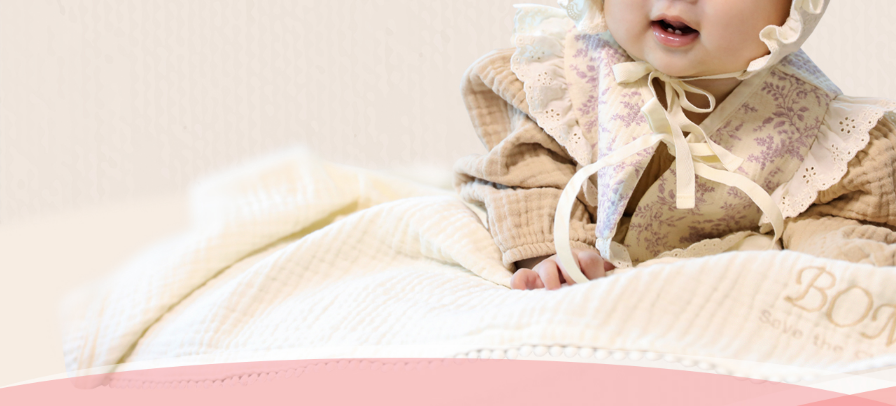
Repository: dlgywls1130/save_the_children
Page: index.html
These files come from the project's save history. The page is drawn as it stood at one moment and after the next save; the edit follows.
The browser window is 1280 px wide. The pictures show the part of the page from y = 1840 to 3760 px (the page is 2420 px tall before and 3760 px after), at 70% of full size.

Above is the page before, as saved 2023-12-12 19:02:41.

### index.html
<!DOCTYPE html>
<html lang="en">
<head>
    <meta charset="UTF-8">
    <meta name="viewport" content="width=device-width, initial-scale=1.0">
    <title>세이브더칠드런</title>

    <link rel="stylesheet" href="./css/reset.css">
    <link rel="stylesheet" href="./css/style.css">
</head>
<body>
    <div class="content_body">
        <section class="section_wrapper section01">
            <div class="se01">

            </div>
        </section>
        <section class="section_wrapper section02">

        </section>
        <section class="section_wrapper section03">

        </section>
        <section class="section_wrapper section04">

        </section>
        <section class="section_wrapper section05">

        </section>
        <section class="section_wrapper section06">

        </section>
        <section class="section_wrapper section07">

        </section>
        <section class="section_wrapper section08">

        </section>
    </div>
</body>
</html>

### css/reset.css


html, body, div, span, applet, object, iframe,
h1, h2, h3, h4, h5, h6, p, blockquote, pre,
a, abbr, acronym, address, big, cite, code,
del, dfn, em, img, ins, kbd, q, s, samp,
small, strike, strong, sub, sup, tt, var,
b, u, i, center,
dl, dt, dd, ol, ul, li,
fieldset, form, label, legend,
table, caption, tbody, tfoot, thead, tr, th, td,
article, aside, canvas, details, embed,
figure, figcaption, footer, header, hgroup,
menu, nav, output, ruby, section, summary,
time, mark, audio, video {
	margin: 0;
	padding: 0;
	border: 0;
	font-size: 100%;
	font: inherit;
	vertical-align: baseline;
}

article, aside, details, figcaption, figure,
footer, header, hgroup, menu, nav, section {
	display: block;
}
body {
	line-height: 1;
}
ol, ul {
	list-style: none;
}
blockquote, q {
	quotes: none;
}
blockquote:before, blockquote:after,
q:before, q:after {
	content: '';
	content: none;
}
table {
	border-collapse: collapse;
	border-spacing: 0;
}

### css/style.css


.section_wrapper{
    max-width:1920px;
    width: 100%;

}


/* section01 */


.section01{
    height: 1080px;
    background: url('../img/back01.jpg') no-repeat;
}

/* section02 */

.section02{
    height: 1340px;
    background: url('../img/back03.jpg') no-repeat;
}

/* section03 */

/* section04 */

/* section05 */

/* section06 */

/* section07 */

/* section08 */

After the next save:
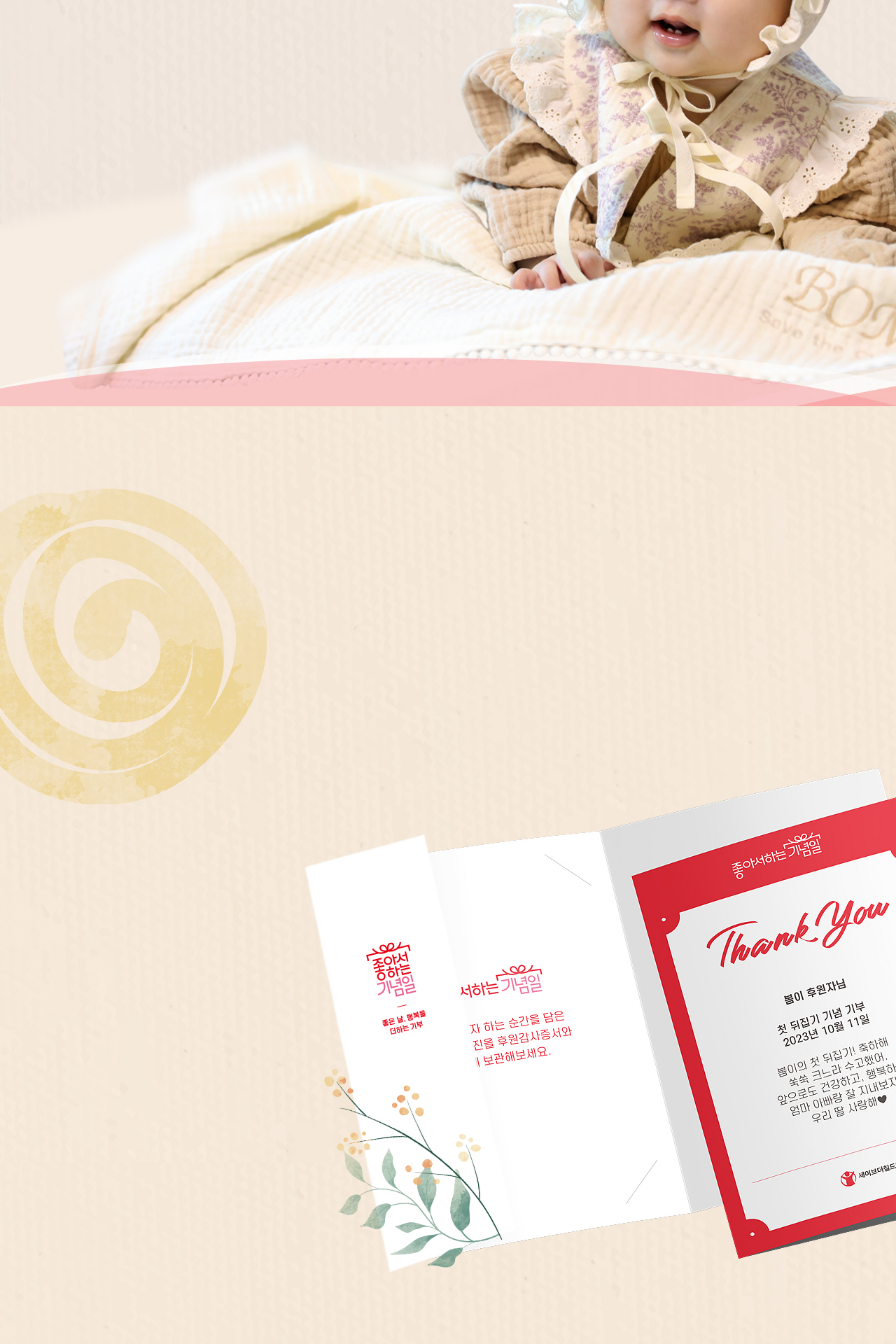
Saved 112 s later.
--- a/css/style.css
+++ b/css/style.css
@@ -24,6 +24,11 @@
 
 /* section03 */
 
+.section03{
+    height: 1340px;
+    background: url('../img/back04.jpg') no-repeat;
+}
+
 /* section04 */
 
 /* section05 */
